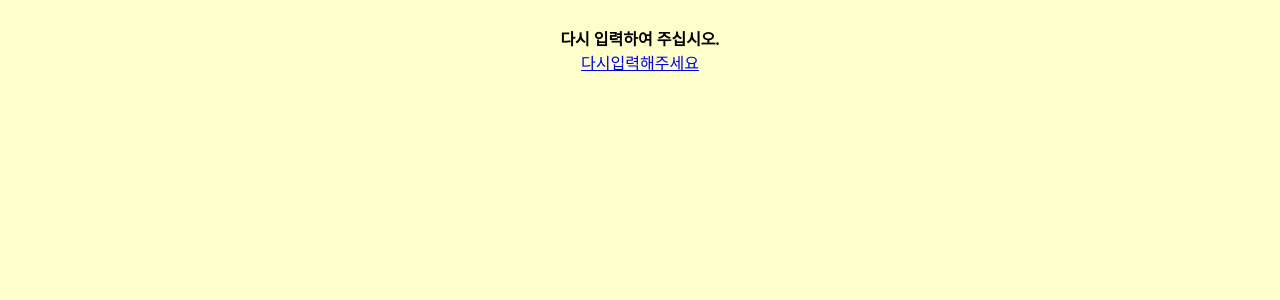
Repository: tomaters/servlets-JSP
Page: http://localhost/jsptest/mvcMem/regProc.jsp
An editor plug-in stored every save of this project. The page is shown before and after the next save, followed by the edit.
The browser window is 1280 px wide. The pictures show the whole page.
The page is served by Tomcat 10.

Above is the page before, as saved 2023-12-11 04:45:09.

After the next save:
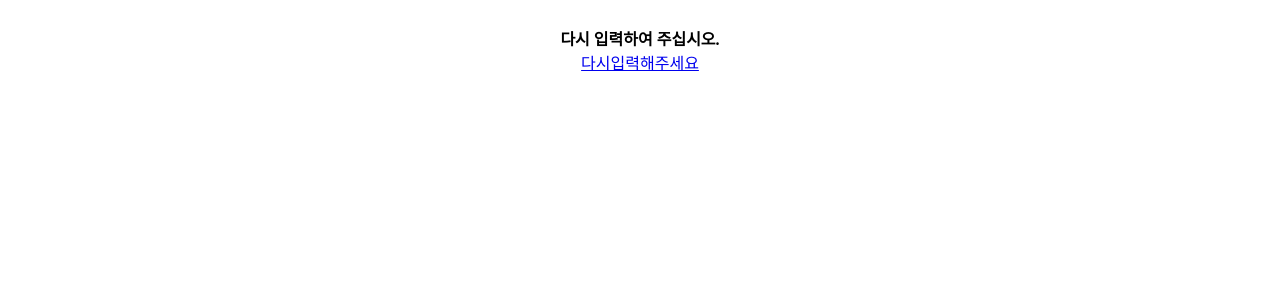
Saved 13 s later.
--- a/jsptest/src/main/webapp/mvcMem/regProc.jsp
+++ b/jsptest/src/main/webapp/mvcMem/regProc.jsp
@@ -4,10 +4,10 @@
 <html>
 <head>
 <meta http-equiv="Content-Type" content="text/html; charset=EUC-KR">
-<title>회원가입 확인</title>
+<title>Register</title>
 <link href="css/style.css" type="test/css" rel="stylesheet" />
 </head>
-<body bgcolor="#FFFFCC">
+<body>
 	<c:set var="flag" value="${flag}" />
 	<br />
 	<center>
